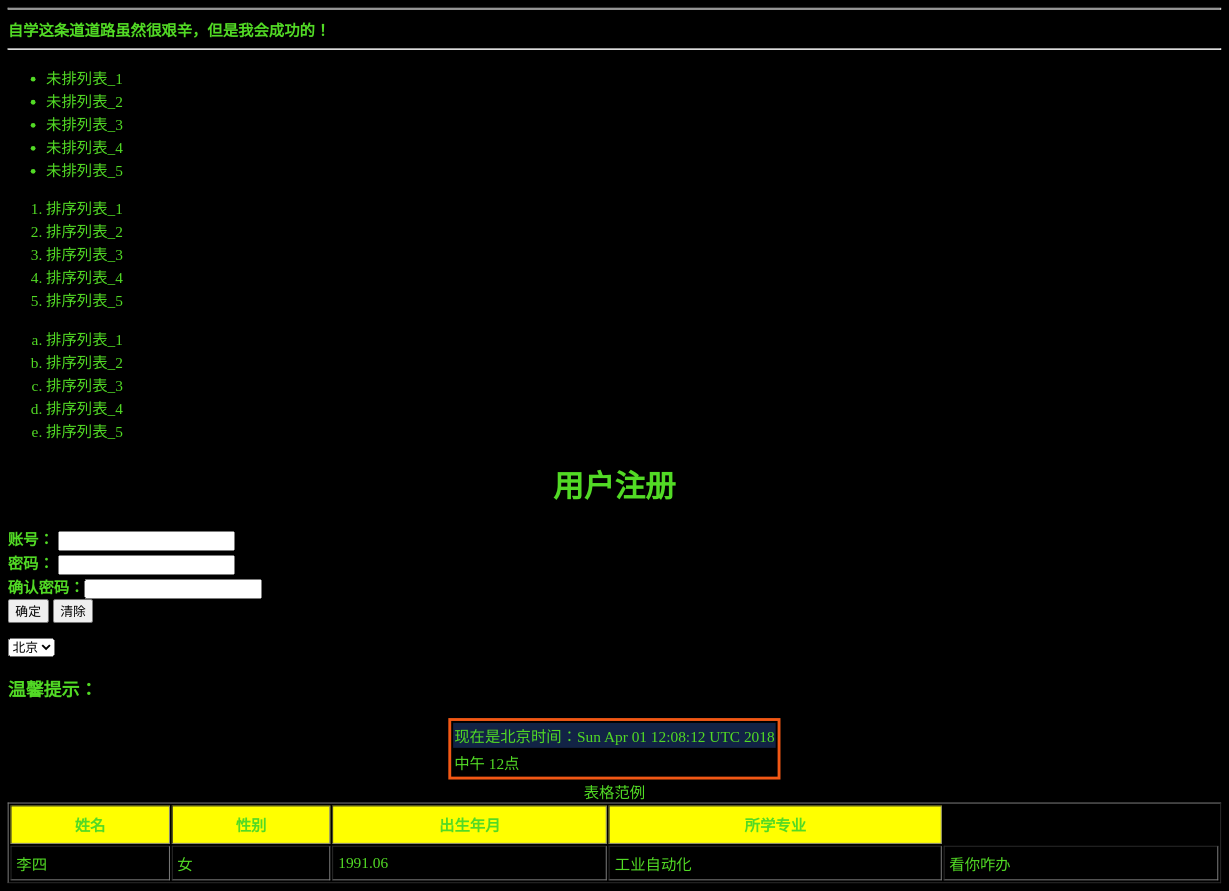
Repository: Coder-YJ/Java
Page: http://localhost/JspTest/test.jsp
An editor plug-in stored every save of this project. The page is shown before and after the next save, followed by the edit.
The browser window is 1280 px wide. The pictures show the whole page, at 96% of full size.
The page is served by Tomcat 9.

Above is the page before, as saved 2018-04-01 13:09:45.

After the next save:
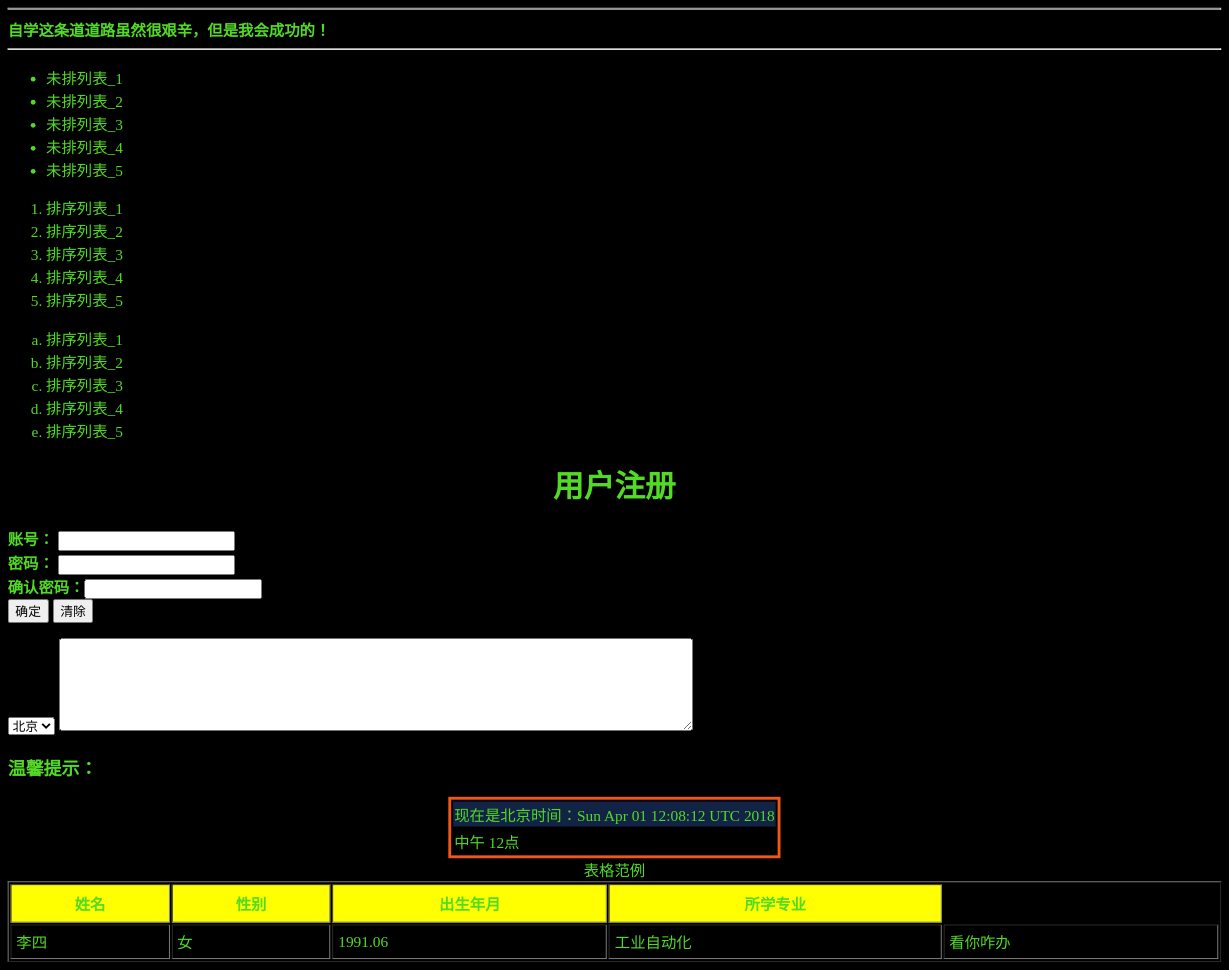
Saved 73 s later.
--- a/MyEclipse10/JspTest/WebRoot/test.jsp
+++ b/MyEclipse10/JspTest/WebRoot/test.jsp
@@ -47,6 +47,8 @@
 		<option value="shanghai">上海</option>
 		<option value="shenzhen">深圳</option>
 	</select>
+
+	<textarea name="text_submitted" rows="6" cols="80"></textarea>
 
 	<table align="center" bordercolor="#F25815">
 		<h3>温馨提示：</h3>
